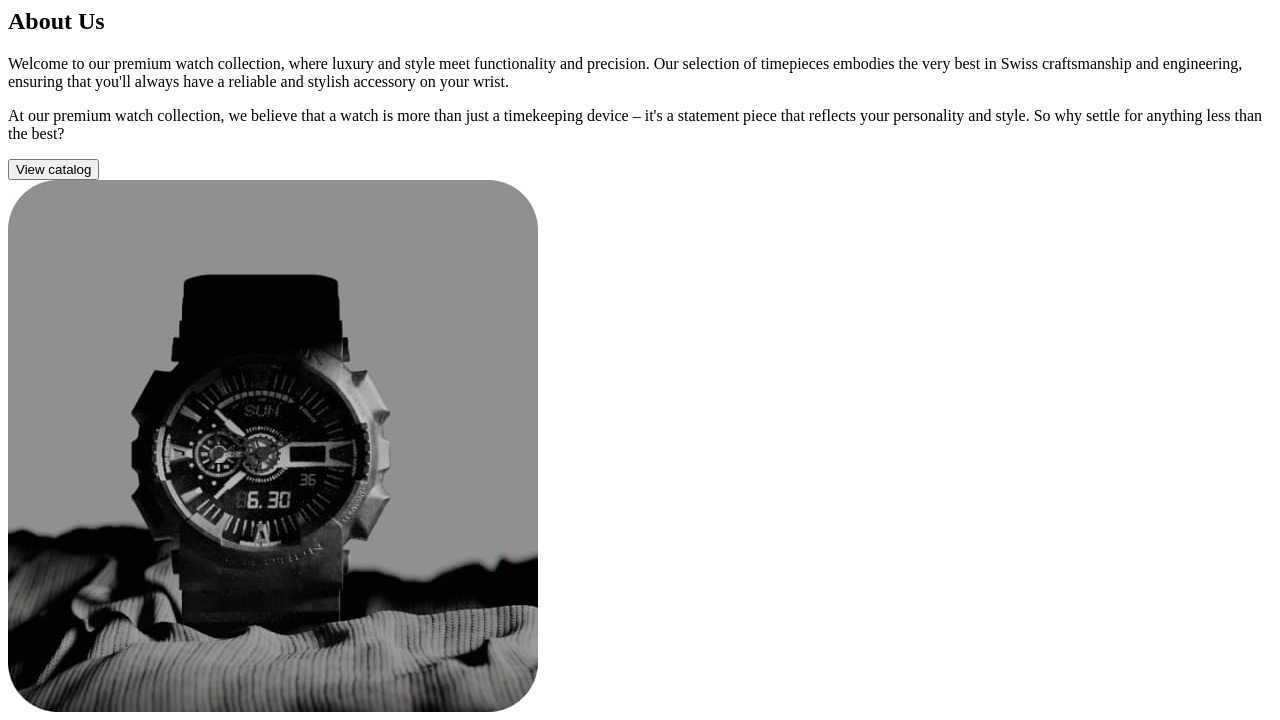
Repository: DenysOvsiienko/105-cyber-solutions-team-project
Page: src/partials/about-us.html
An editor plug-in stored every save of this project. The page is shown before and after the next save, followed by the edit.
The browser window is 1280 px wide. The pictures show the whole page.

Above is the page before, as saved 2024-03-23 00:15:50.

### src/partials/about-us.html
<section class="about-us" id="about-us">
  <div class="container">
    <div class="about-us-text-wrapper">
      <h2 class="about-us-title">About Us</h2>
      <div class="about-us-text-container">
        <p class="about-us-paragraph">
          Welcome to our premium watch collection, where luxury and style meet
          functionality and precision. Our selection of timepieces embodies the
          very best in Swiss craftsmanship and engineering, ensuring that you'll
          always have a reliable and stylish accessory on your wrist.
        </p>
        <p class="about-us-paragraph">
          At our premium watch collection, we believe that a watch is more than
          just a timekeeping device – it's a statement piece that reflects your
          personality and style. So why settle for anything less than the best?
        </p>
      </div>
      <button type="button" class="main-btn">View catalog</button>

    </div>
    <div class="about-us-photo">
      <picture>
        <source
          media="(min-width:1280px)"
          srcset="
            ./img/about-us/desktop-about-us-img.jpg    1x,
            ./img/about-us/desktop-about-us-img@2x.jpg 2x
          "
        />
        <source
          media="(min-width:768px)"
          srcset="
            ./img/about-us/tablet-about-us-img.jpg    1x,
            ./img/about-us/tablet-about-us-img@2x.jpg 2x
          "
        />
        <source
          media="(min-width: 375px)"
          srcset="
            ./img/about-us/mobile-about-us-img.jpg    1x,
            ./img/about-us/mobile-about-us-img@2x.jpg 2x
          "
        />
        <img src="./img/about-us/mobile-about-us-img.jpg" alt="watch" />
      </picture>
    </div>
  </div>
</section>

After the next save:
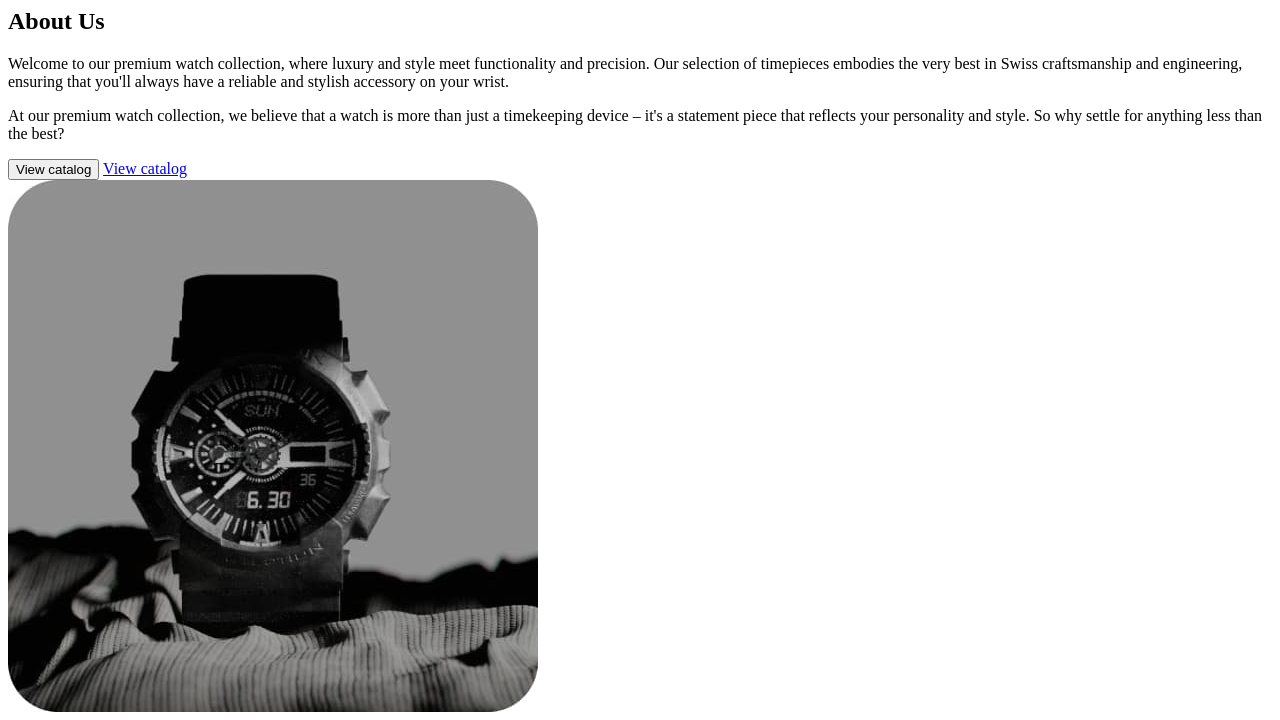
Saved 108 s later.
--- a/src/partials/about-us.html
+++ b/src/partials/about-us.html
@@ -16,7 +16,7 @@
         </p>
       </div>
       <button type="button" class="main-btn">View catalog</button>
-
+      <a href="#catalog" class="about-us-catalog-container">View catalog</a>
     </div>
     <div class="about-us-photo">
       <picture>
